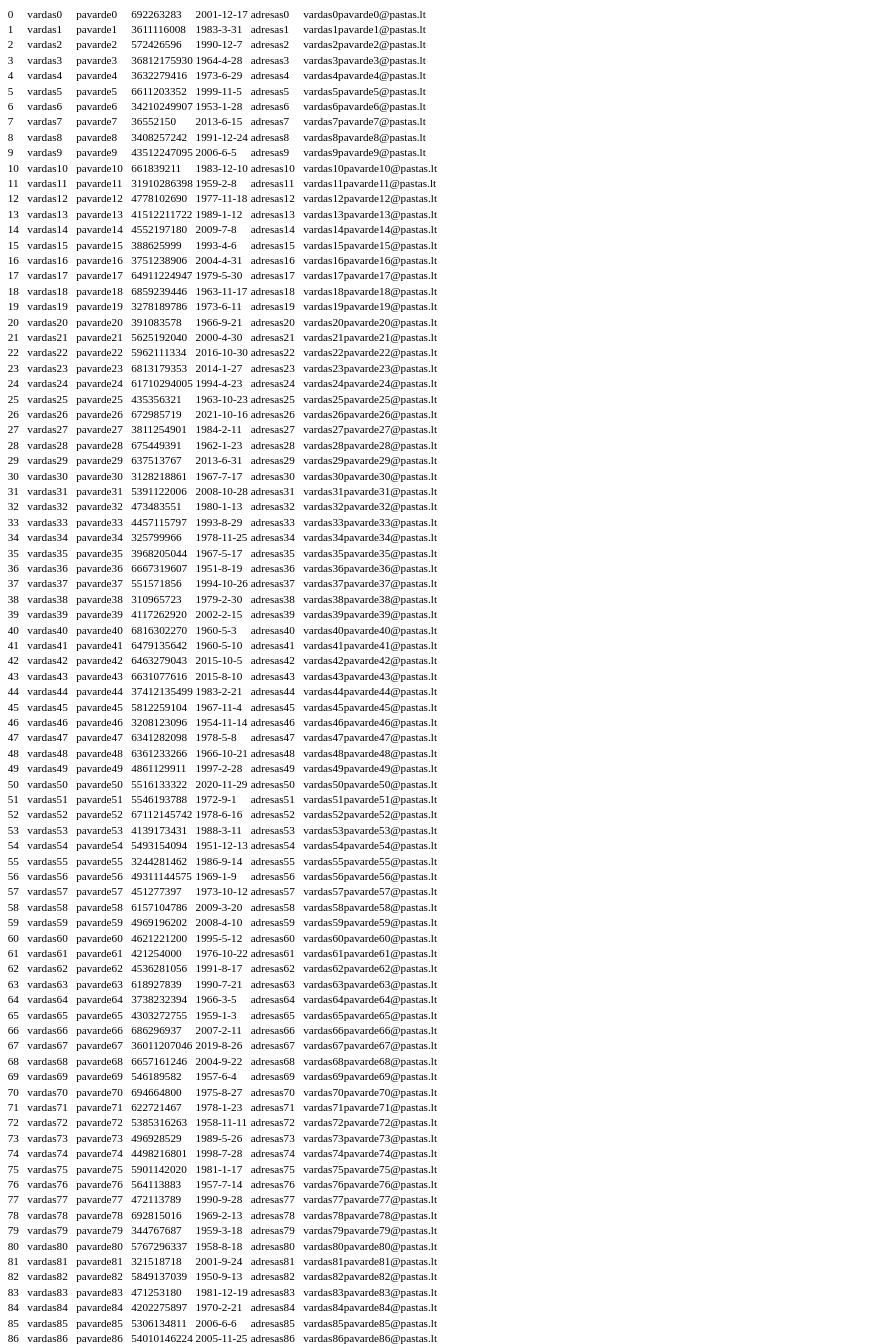
Repository: motiejus1/09-paskaita-PHP-05.31
Page: http://localhost/index.php
The author's editor kept a copy of each file at every save. The page is drawn from the files as they stood at one save, then again after a run of saves.
The browser window is 1280 px wide. The pictures show the part of the page from y = 0 to 1920 px (the page is 4418 px tall), at 70% of full size.
The page is run by PHP 8.4 with error messages shown; the project is at /var/www/html/.

Above is the page before, as saved 2021-08-02 18:48:08.

After the next 3 saves:
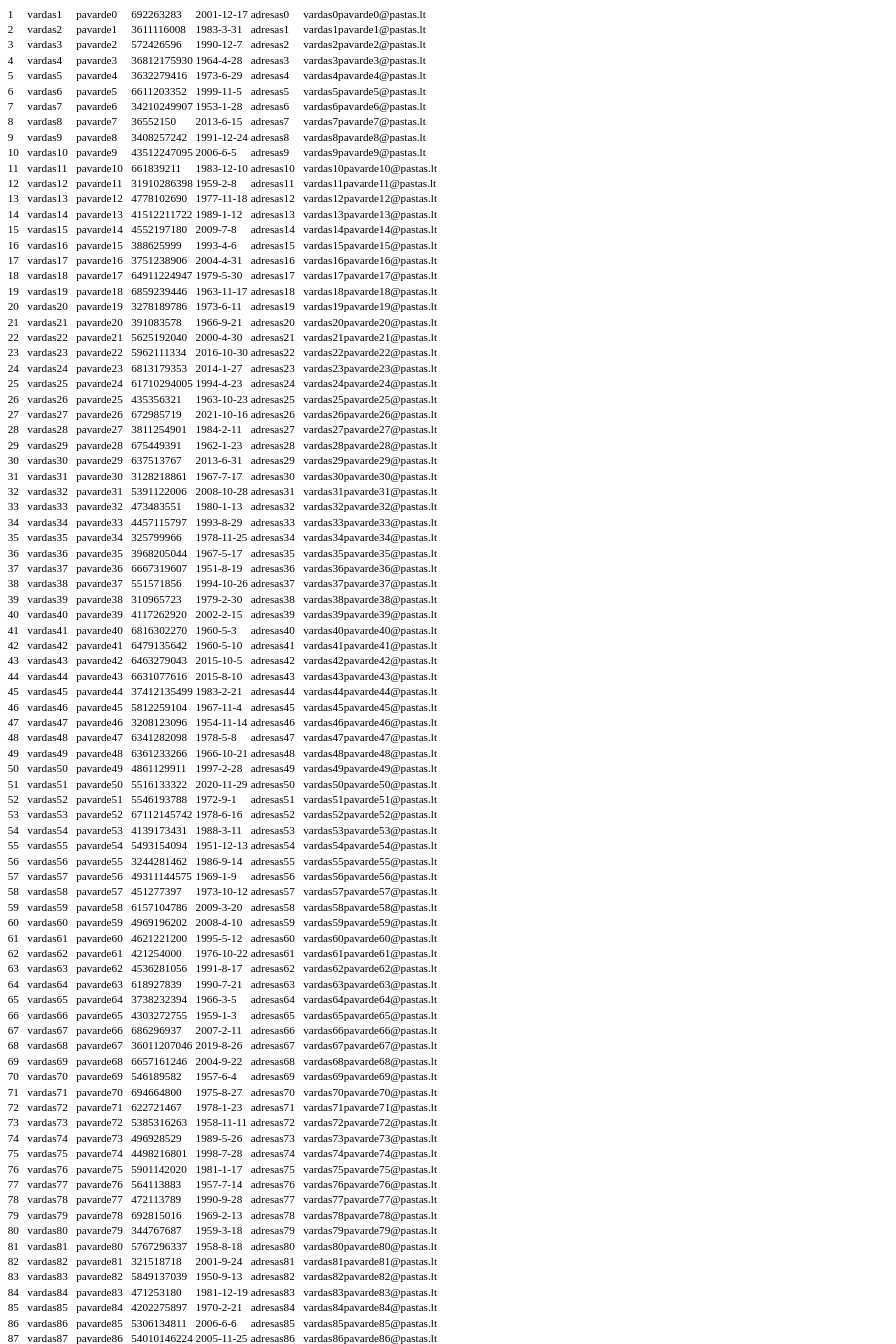
The 3 saves are shown as one change because they came seconds apart.
The last was saved 65 s later.
--- a/index.php
+++ b/index.php
@@ -31,8 +31,8 @@ for($i=0; $i< 200; $i++){
     //klientai masyva sitas ciklas turi pildyti visa lentyna
     //turi prideti nauja masyva i klientai masyva
     $klientas = array(
-        "id" => $i,
-        "vardas" => "vardas".$i,
+        "id" => $i+1,
+        "vardas" => "vardas".($i+1),
         "pavarde" => "pavarde".$i,
         "asmens_kodas" => rand(3,6).rand(0,99).rand(1,12).rand(1,31).rand(0,9999), //38512300000
 
